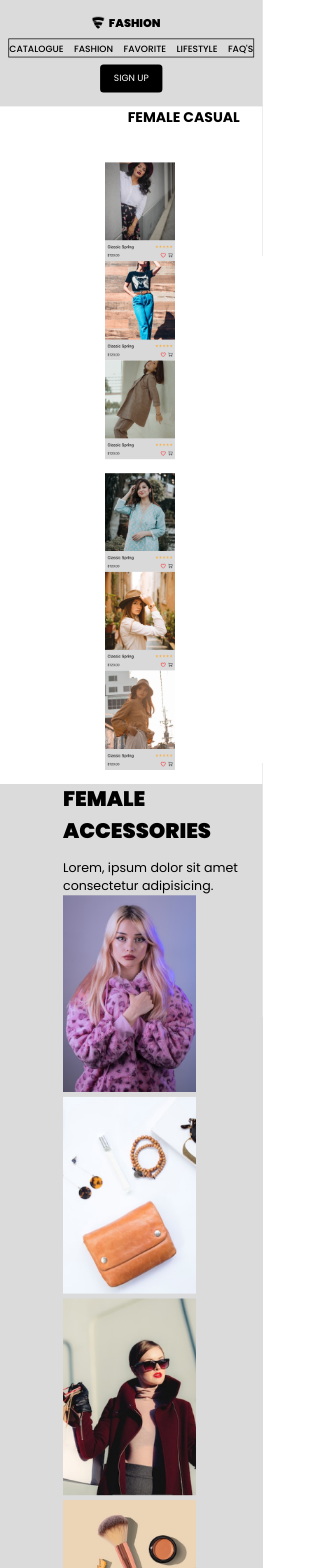
Repository: isaacCodes1/My-Project
Page: lifestyle.html
An editor plug-in stored every save of this project. The page is shown before and after a run of saves, followed by the edit.
The browser window is 375 px wide. The page is 375 px wide, then 450 px, then 375 px, so the pictures cover 450 px, including what lies to the right of the window. The pictures show the part of the page from y = 0 to 2240 px (the page is 3007 px tall before and 4702 px after), at 70% of full size.

Above is the page before, as saved 2024-03-21 18:27:58.

After the next 2 saves:
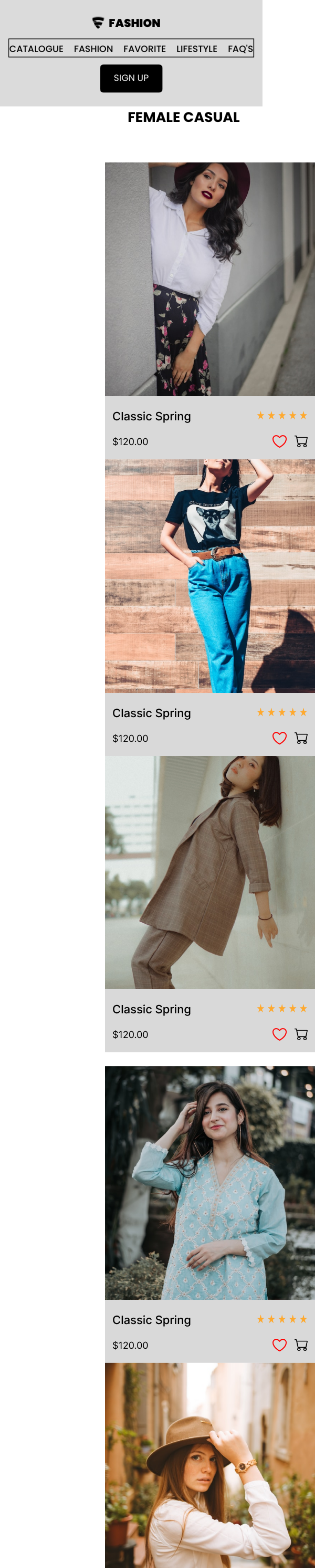
The 2 saves are shown as one change because they came seconds apart.
The last was saved 9 s later.
--- a/Media query.css
+++ b/Media query.css
@@ -161,6 +161,6 @@
     flex-direction: column;
     align-items: center;
     justify-content: center;
-    width: 100px;
+    width: 300px;
   }
 }

After the save that followed:
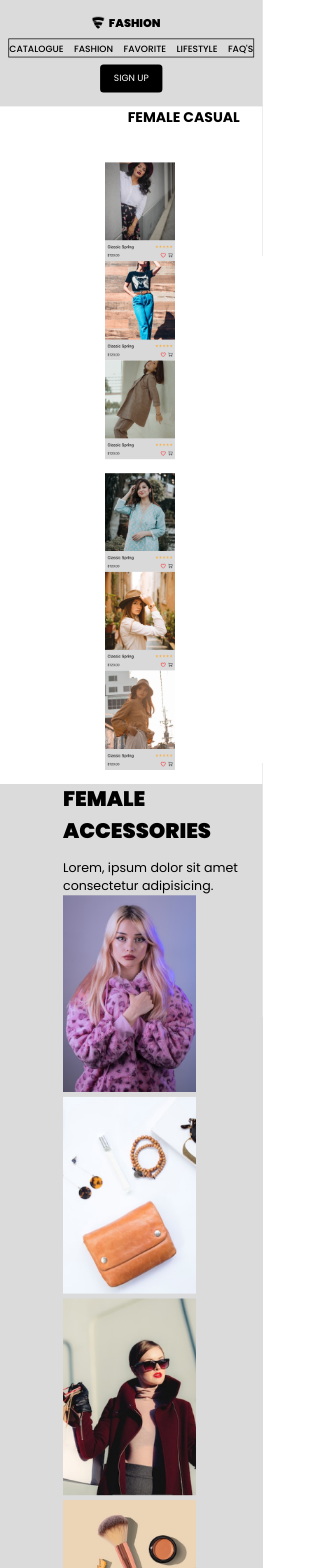
Saved 8 s later.
--- a/Media query.css
+++ b/Media query.css
@@ -161,6 +161,6 @@
     flex-direction: column;
     align-items: center;
     justify-content: center;
-    width: 300px;
+    width: 100px;
   }
 }
